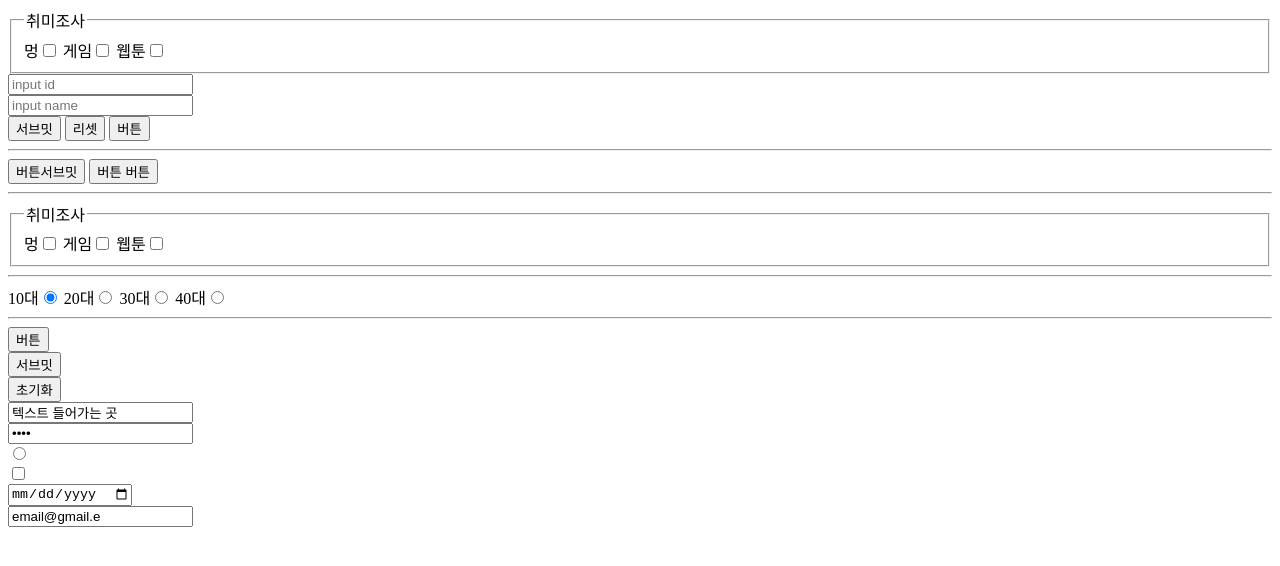
Repository: thswlsqls/JspWorkspace
Page: html/ex02.html
The author's editor kept a copy of each file at every save. The page is drawn from the files as they stood at one save, then again after the next save.
The browser window is 1280 px wide. The pictures show the whole page.

Above is the page before, as saved 2021-04-12 07:14:11.

After the next save:
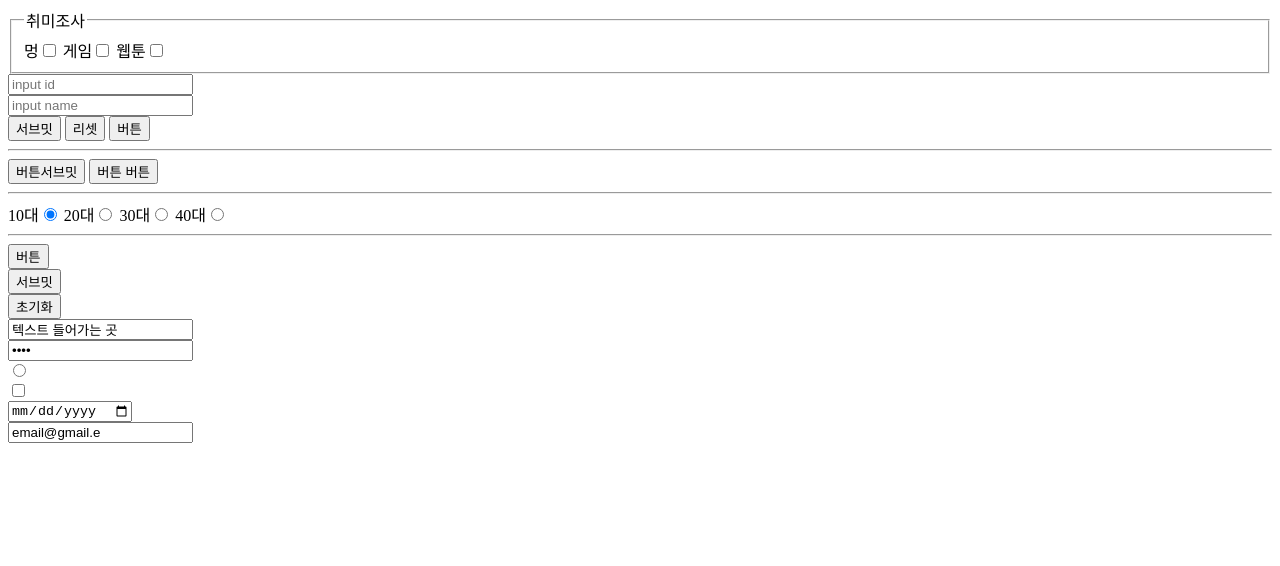
Saved 11 s later.
--- a/html/ex02.html
+++ b/html/ex02.html
@@ -22,13 +22,6 @@
 		<button type="button">버튼 버튼</button>
 	</form>
 <hr>
-	<fieldset>
-		<legend>취미조사</legend>
-		멍<input type="checkbox">
-		게임<input type="checkbox">
-		웹툰<input type="checkbox">
-	</fieldset>
-<hr>
 	10대<input type="radio" name="age" checked>
 	20대<input type="radio" name="age" >
 	30대<input type="radio" name="age" >
